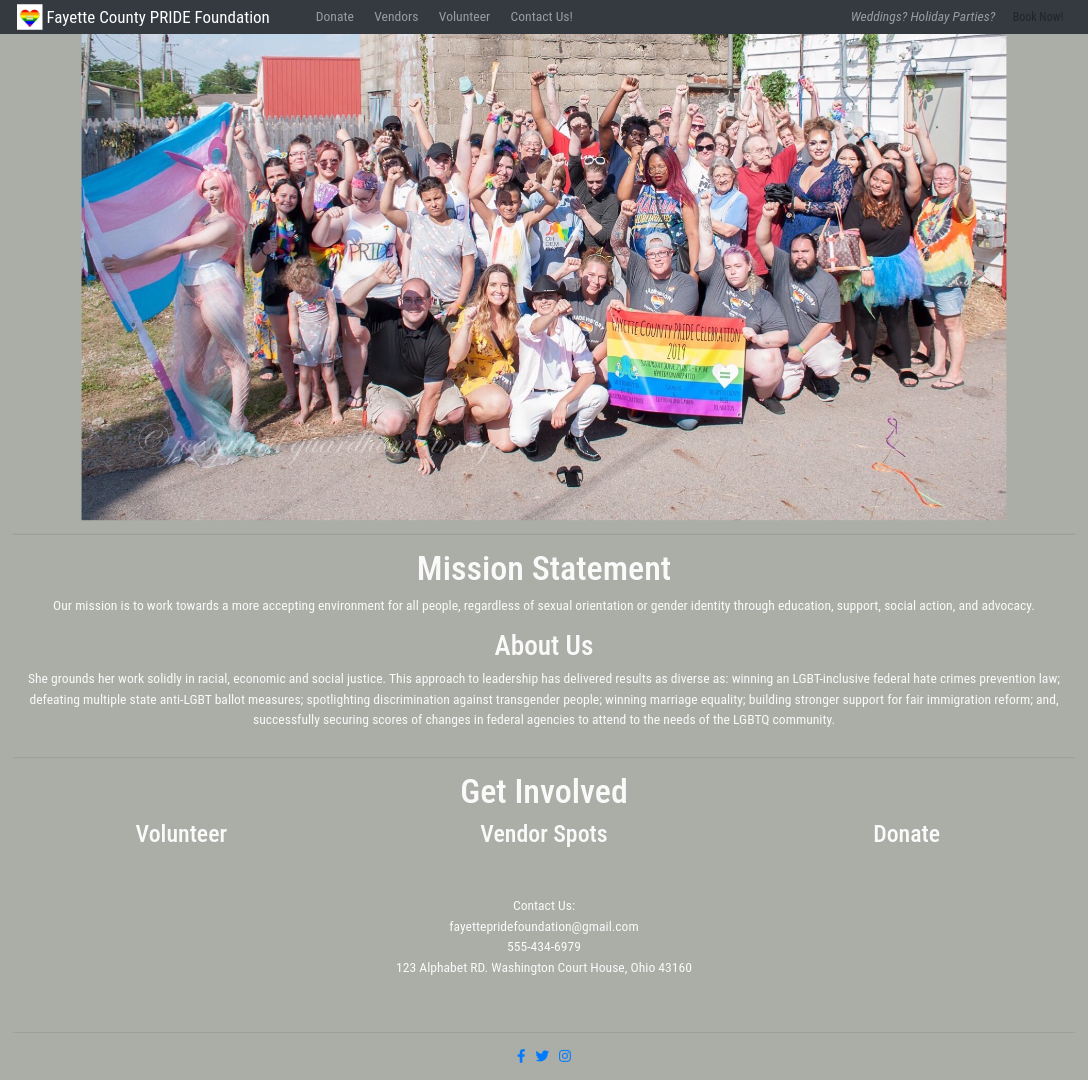
Repository: Code-Institute-Submissions/https-github.com-callendera-Milestone-Project-2
Page: index.html
The author's editor kept a record of every edit. The page is drawn from the files as they stood at one moment, then again after the next edit.
The browser window is 1280 px wide. The pictures show the whole page, at 85% of full size.
Backgrounds fixed to the window are drawn as part of the page. Some web libraries are served in a nearby version.

Above is the page before.

After the next edit:
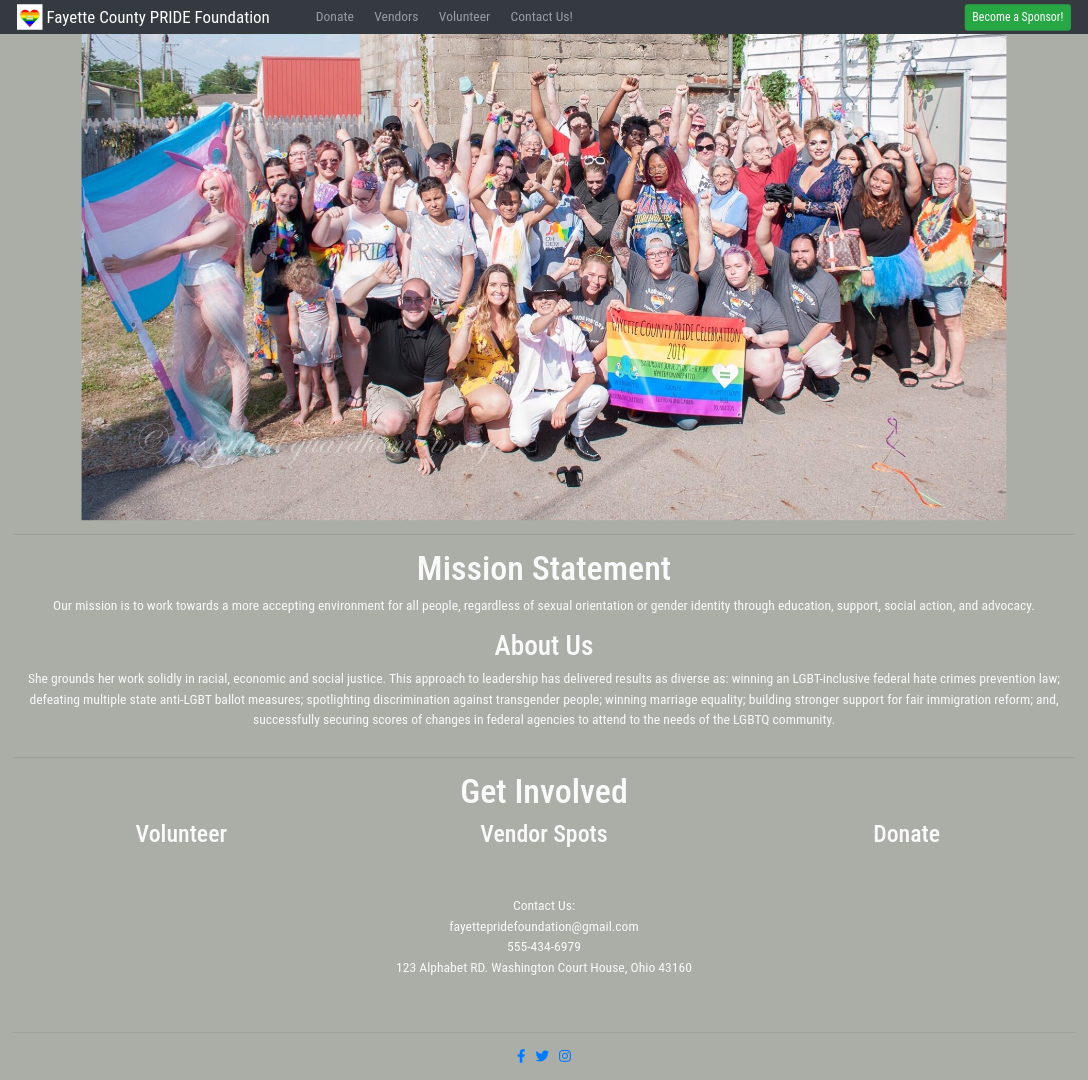
The edit:
--- a/index.html
+++ b/index.html
@@ -46,8 +46,8 @@
             <!--This code blocks the button and text from being shown on small screens, but appears on larger screen sizes-->
             <div class="d-none d-lg-block">
                 <!--gives the viewer the oportunity to book the band for any events while still browsing the site-->
-                <p class="navbar-text my-auto mr-2"><i>Weddings? Holiday Parties?</i></p>
-                <button type="button" class="btn btn-sm my-nav-btn" data-toggle="modal" data-target="#exampleModal">Book Now!</button>
+
+                <button type="button" class="btn btn-sm my-nav-btn btn-success" data-toggle="modal" data-target="//">Become a Sponsor!</button>
             </div>
         </div>
     </nav>
